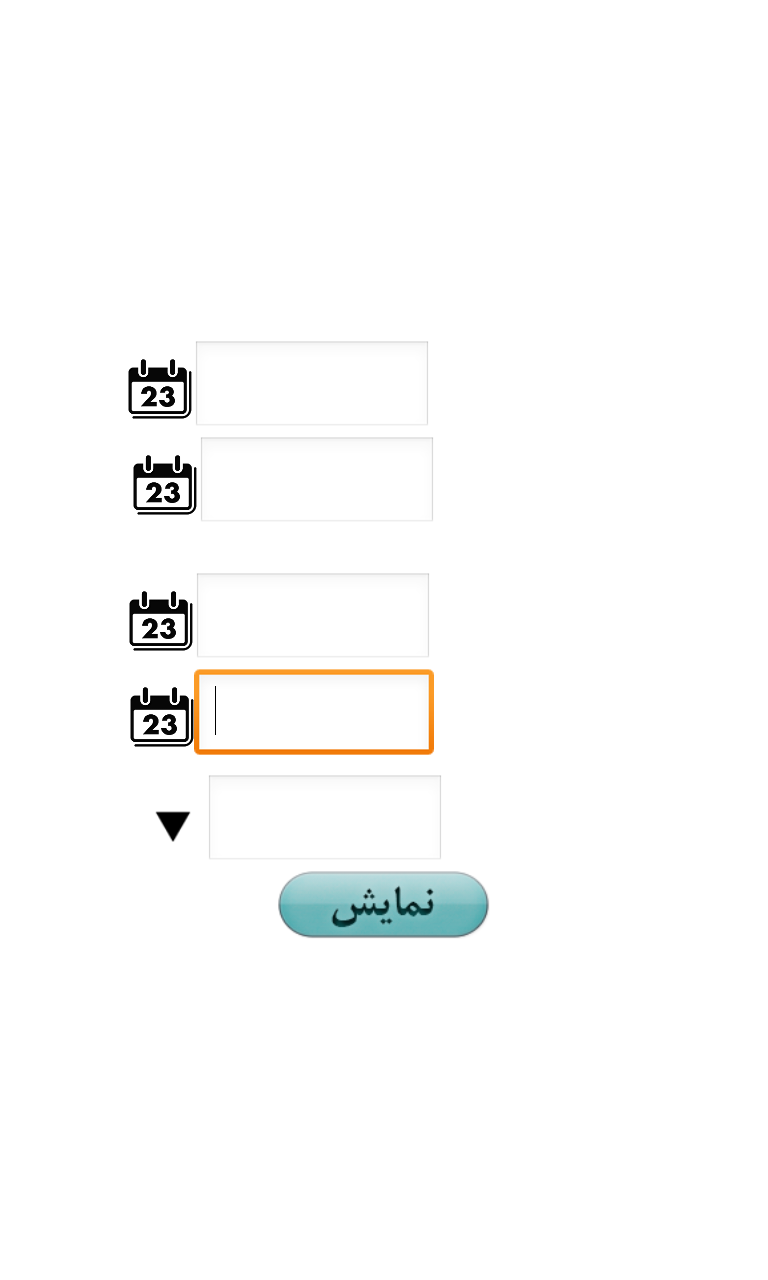
Repository: AtiehPardaz/Reports-Mobile
Layout: Reportsmobile/res/layout/frg_khazane_asnadpardakhti.xml
An editor plug-in stored every save of this project. The layout is shown before and after the next save, followed by the edit.
It is drawn on a 768 x 1280 px phone screen (xhdpi) without system bars, with theme Theme.behzad; the app's code is not run.

Above is the layout before, as saved 2015-03-11 14:02:11.

After the next save:
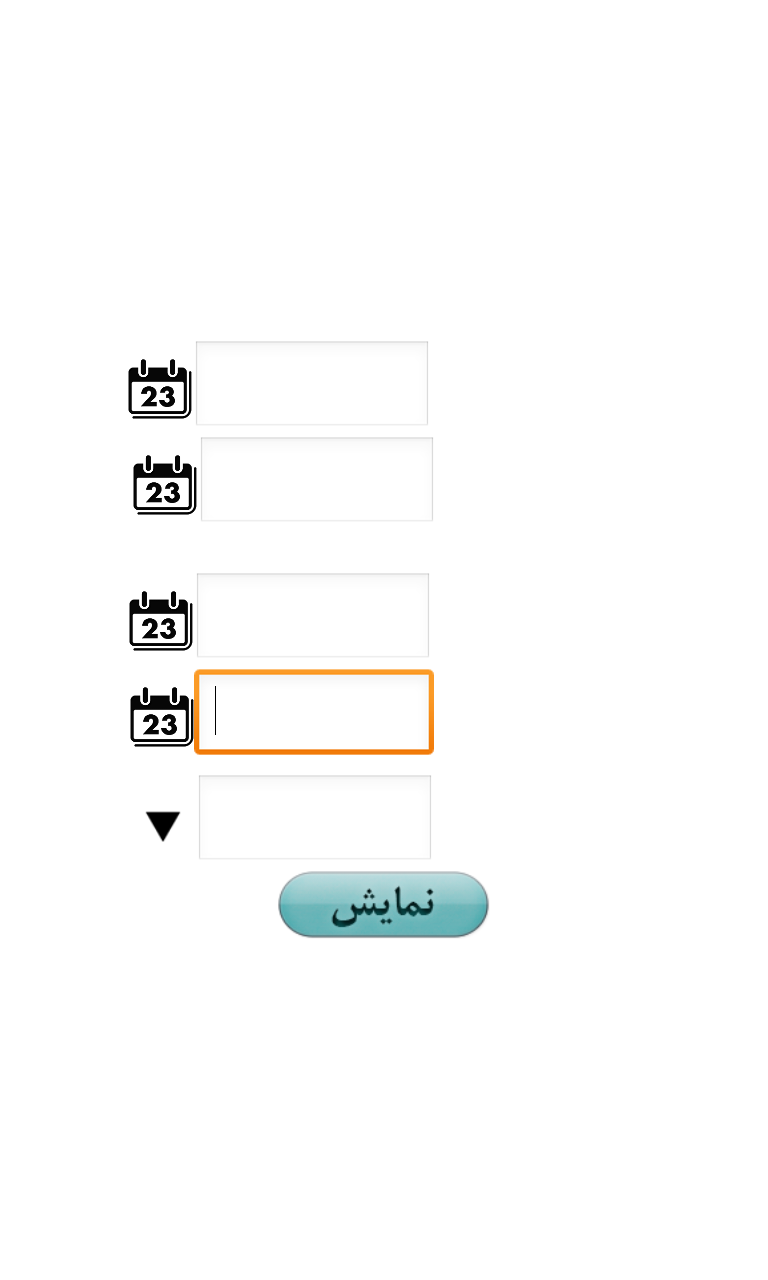
Saved 3 min 12 s later.
--- a/Reportsmobile/res/layout/frg_khazane_asnadpardakhti.xml
+++ b/Reportsmobile/res/layout/frg_khazane_asnadpardakhti.xml
@@ -165,7 +165,7 @@
             android:layout_height="wrap_content"
             android:layout_gravity="right|center"
             android:gravity="right"
-            android:text="شخص گیرنده:     "
+            android:text="شخص گیرنده:        "
             android:textAppearance="?android:attr/textAppearanceLarge"
             android:textColor="#ffffff"
             android:textSize="14sp" />
